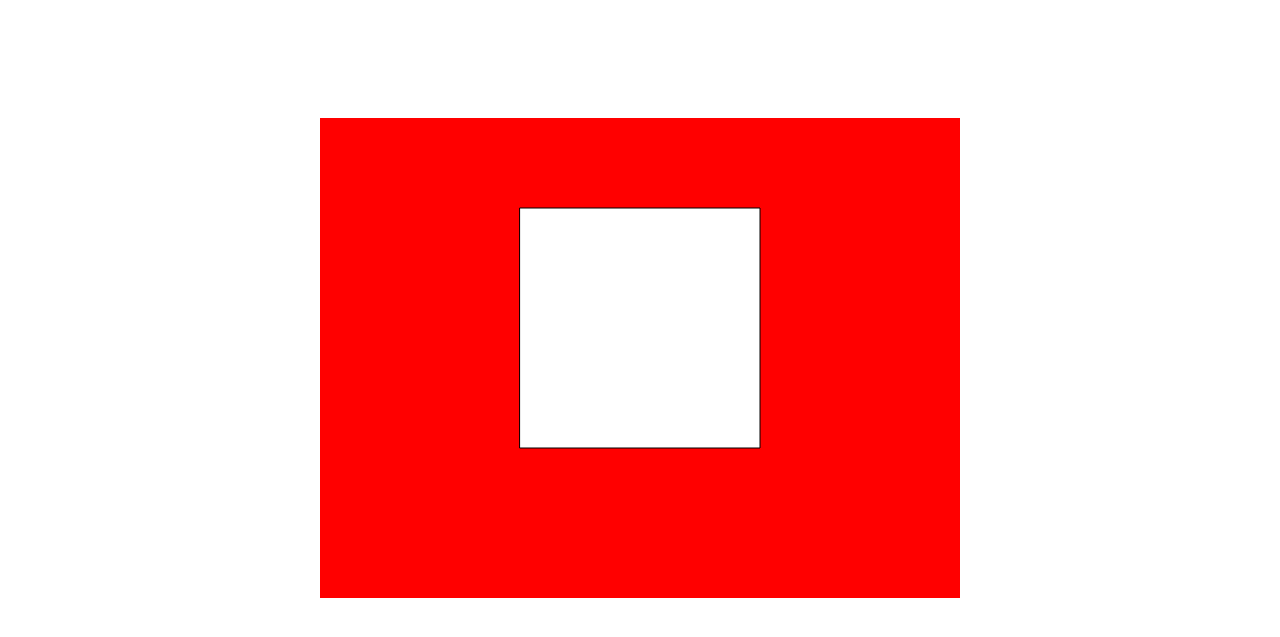
Repository: SeanHub-13/cart253
Page: topics/function-calls/index.html
The author's editor kept a copy of each file at every save. The page is drawn from the files as they stood at one save, then again after the next save.
The browser window is 1280 px wide. The pictures show the whole page.

Above is the page before, as saved 2024-09-12 11:26:28.

### topics/function-calls/index.html
<!DOCTYPE html>
<html>

<head>
  <meta charset="utf-8">
  <meta name="viewport" width=device-width, initial-scale=1.0, maximum-scale=1.0, user-scalable=0>

  <title>Function calls</title>

  <!-- CSS stylesheet(s) -->
  <link rel="stylesheet" type="text/css" href="css/style.css" />

  <!-- Library script(s) -->

  <!-- p5.min.js is the main p5 library -->
  <script src="js/libraries/p5.min.js"></script>
  <!-- p5.sound.min.js allows us to use sound -->
  <script src="js/libraries/p5.sound.min.js"></script>

  <!-- My script(s) -->
  <script src="js/script.js"></script>
</head>

<body>
  <!-- HTML would go here if needed. -->
</body>

</html>

### topics/function-calls/js/script.js
/**
 * Title of Project
 * Author Name
 *
 * HOW EMBARRASSING! I HAVE NO DESCRIPTION OF MY PROJECT!
 * PLEASE REMOVE A GRADE FROM MY WORK IF IT'S GRADED!
 */

"use strict";

/**
 * OH LOOK I DIDN'T DESCRIBE SETUP!!
*/
function setup() {
    createCanvas(640, 480);
}


/**
 * OOPS I DIDN'T DESCRIBE WHAT MY DRAW DOES!
*/
function draw() {
    background(255, 0, 0);
    rect(200, 90, 240, 240);
}

Loaded but not shown: topics/function-calls/css/style.css (common file); topics/function-calls/js/libraries/p5.min.js (library); topics/function-calls/js/libraries/p5.sound.min.js (library)

After the next save:
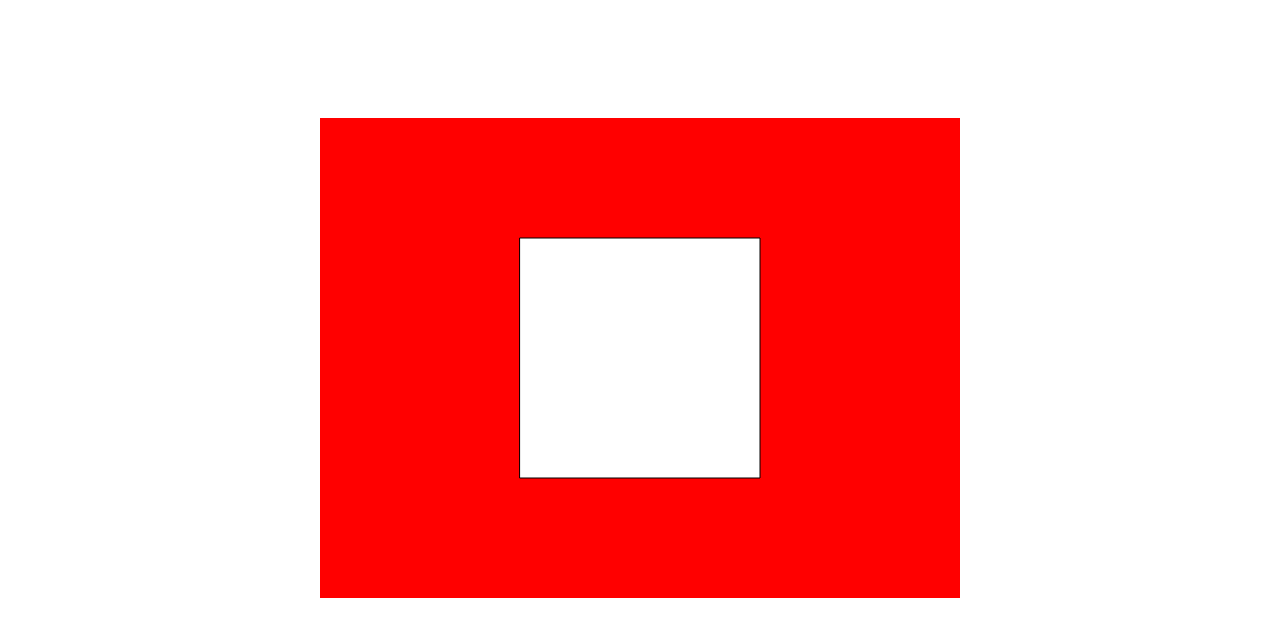
Saved 6 s later.
--- a/topics/function-calls/js/script.js
+++ b/topics/function-calls/js/script.js
@@ -21,5 +21,5 @@
 */
 function draw() {
     background(255, 0, 0);
-    rect(200, 90, 240, 240);
+    rect(200, 120, 240, 240);
 }
